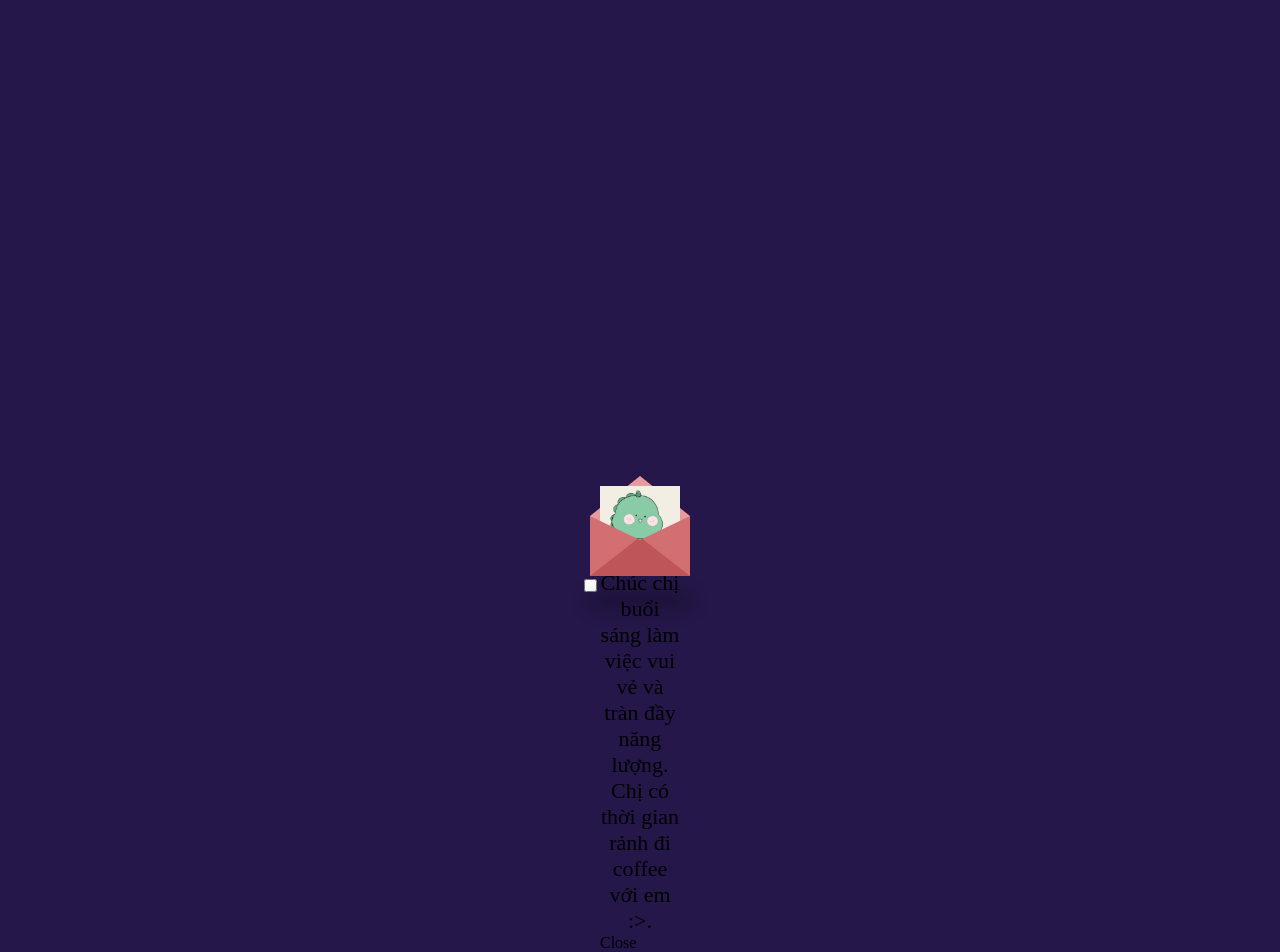
Repository: Dangtrinh28/letter
Page: index.html
These files come from the project's save history. The page is drawn as it stood at one moment and after a run of saves; the edit follows.
The browser window is 1280 px wide. The pictures show the whole page.

Above is the page before, as saved 2022-12-15 23:49:35.

After the next 2 saves:
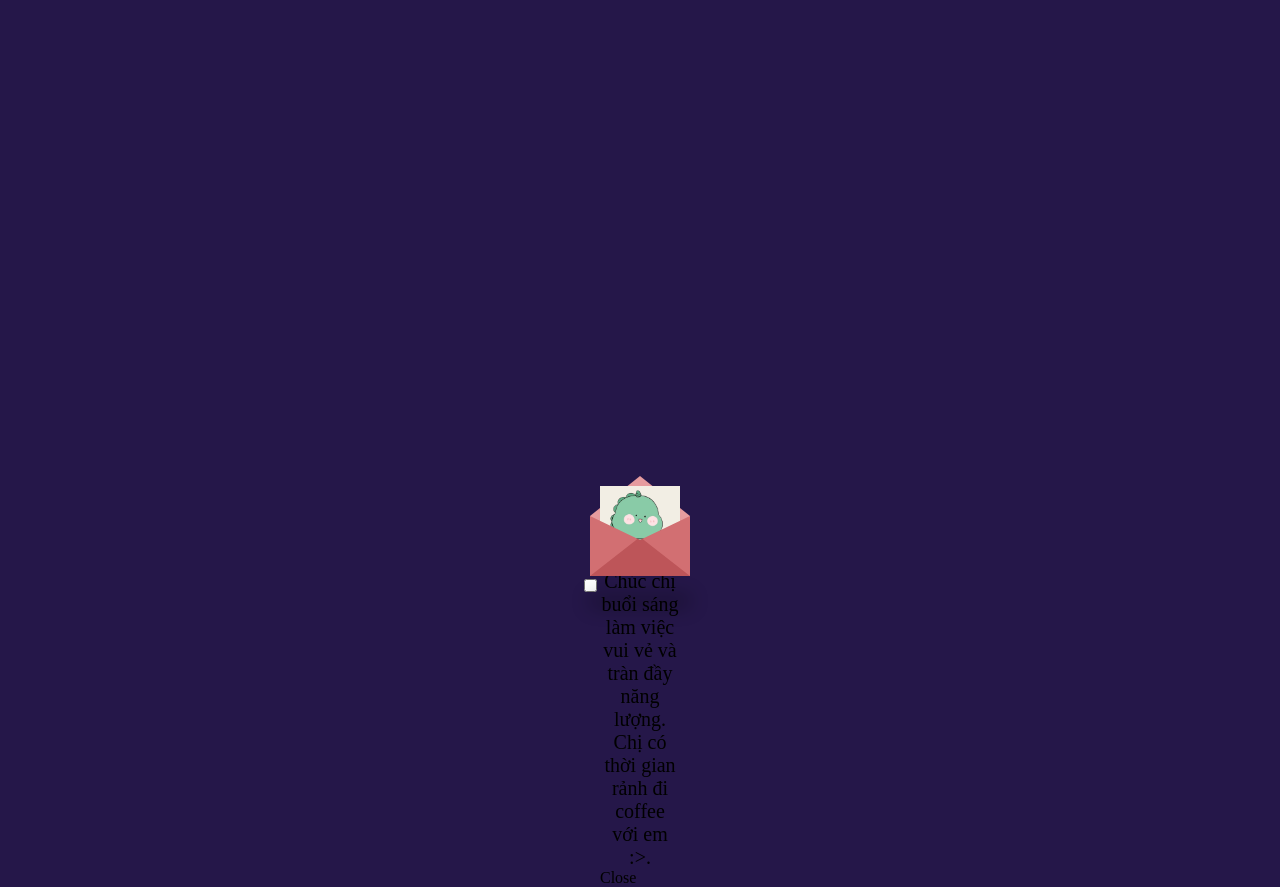
The 2 saves are shown as one change because they came seconds apart.
The last was saved 10 s later.
--- a/main.css
+++ b/main.css
@@ -93,5 +93,5 @@ input:checked ~ .content {
 .desc {
     width: 100%;
     text-align: center;
-    font-size: 22px;
+    font-size: 20px;
 }
